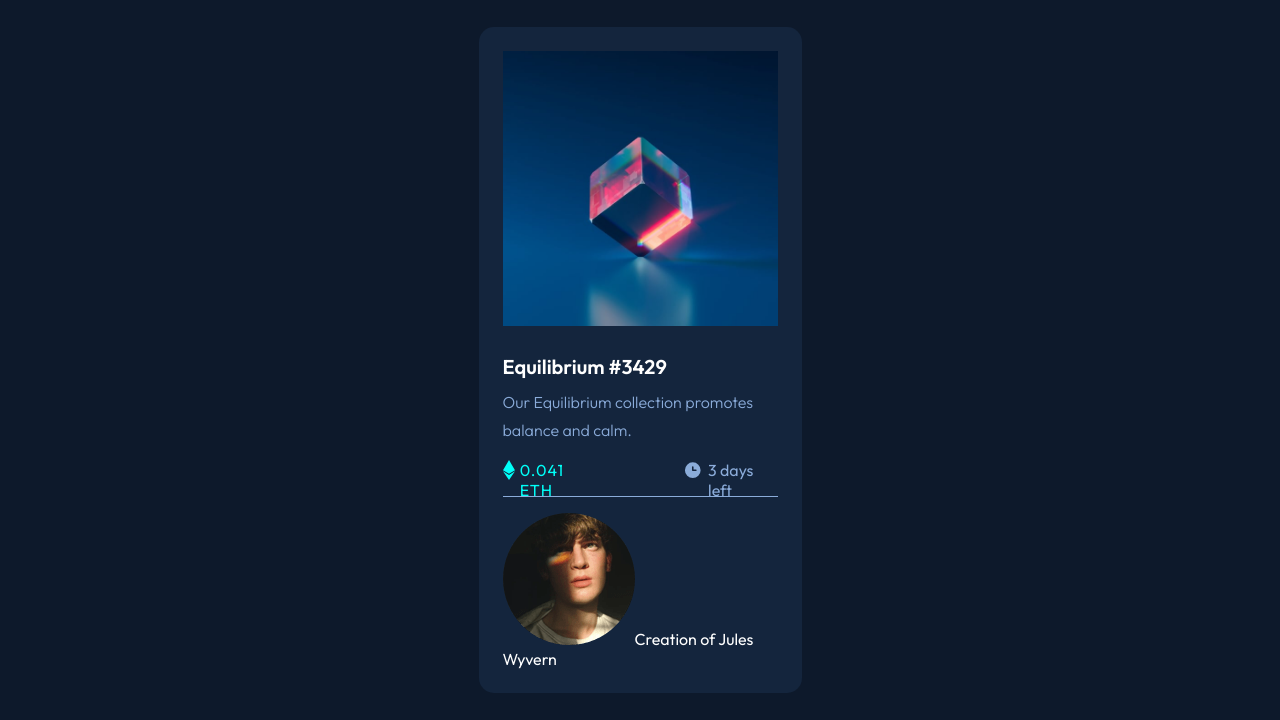
Repository: VAL1DOL-web/fm-NFT-preview-card-component
Page: index.html
The author's editor kept a copy of each file at every save. The page is drawn from the files as they stood at one save, then again after the next save.
The browser window is 1280 px wide. The pictures show the whole page.

Above is the page before, as saved 2024-01-07 15:48:01.

### index.html
<!DOCTYPE html>
<html lang="en">
<head>
  <meta charset="UTF-8">
  <meta name="viewport" content="width=device-width, initial-scale=1.0"> <!-- displays site properly based on user's device -->

  <link rel="icon" type="image/png" sizes="32x32" href="./images/favicon-32x32.png">
  <link rel="stylesheet" href="style.css">

  <title>NFT preview card component</title>

</head>
<body>
  <div class="card">
    <div class="image">
      <img src="images/image-equilibrium.jpg" alt="" class="mainImg" >
    </div>
    <h3>Equilibrium #3429</h3>
    <div class="description">
      Our Equilibrium collection promotes balance and calm.
    </div>
    <div class="price-days">
      <div class="price">
        <img src="images/icon-ethereum.svg" alt="">0.041 ETH
      </div>
      <div class="days"><img src="images/icon-clock.svg" alt="">3 days left</div>
    </div>
    <div class="creator">
      <img src="images/image-avatar.png" alt="">Creation of <span>Jules Wyvern</span>
    </div>
  </div>
</body>
</html>

### style.css
@import url('https://fonts.googleapis.com/css2?family=Outfit:wght@300;400;600&display=swap');

* {
    margin: 0;
    padding: 0;
  }
body {
    background: hsl(217, 54%, 11%);
    width: 100%;
    height: 100vh;
    color:white;
    display: flex;
    justify-content: center;
    align-items: center;
    font-family: 'Outfit', sans-serif;
  }
.card {
    background-color:hsl(216, 50%, 16%);
    border-radius:15px;
    width: 275px;
    padding: 1.5rem;
}
.image {
    position: relative;
}
.mainImg {
    width: 100%;
    height: 100%;
}
h3 {
    margin-top: 1.5rem;
    font-size:20px ;
    font-weight: 600;
}
.description {
    margin: 0.6rem 0 1rem 0;
    color:hsl(215, 51%, 70%);
    line-height: 28px;
    font-weight: 300;
}
.price-days {
    display: flex;
    justify-content: space-between;
    border-bottom: 1px solid hsl(215, 51%, 70%);
    padding-bottom:  1rem;
    margin-bottom: 1rem;
}
.price {
    display: flex;|
    align-items: center;
    color:hsl(178, 100%, 50%);
    font-style: 14px;
    letter-spacing: 1px;
}
.price img {
    margin-right: 5px;
}
.days {
    display: flex;|
    align-items: center;
    color:hsl(215, 51%, 70%);
    font-size: 16px;
}
.days img {
    margin-right: 5px;
}

After the next save:
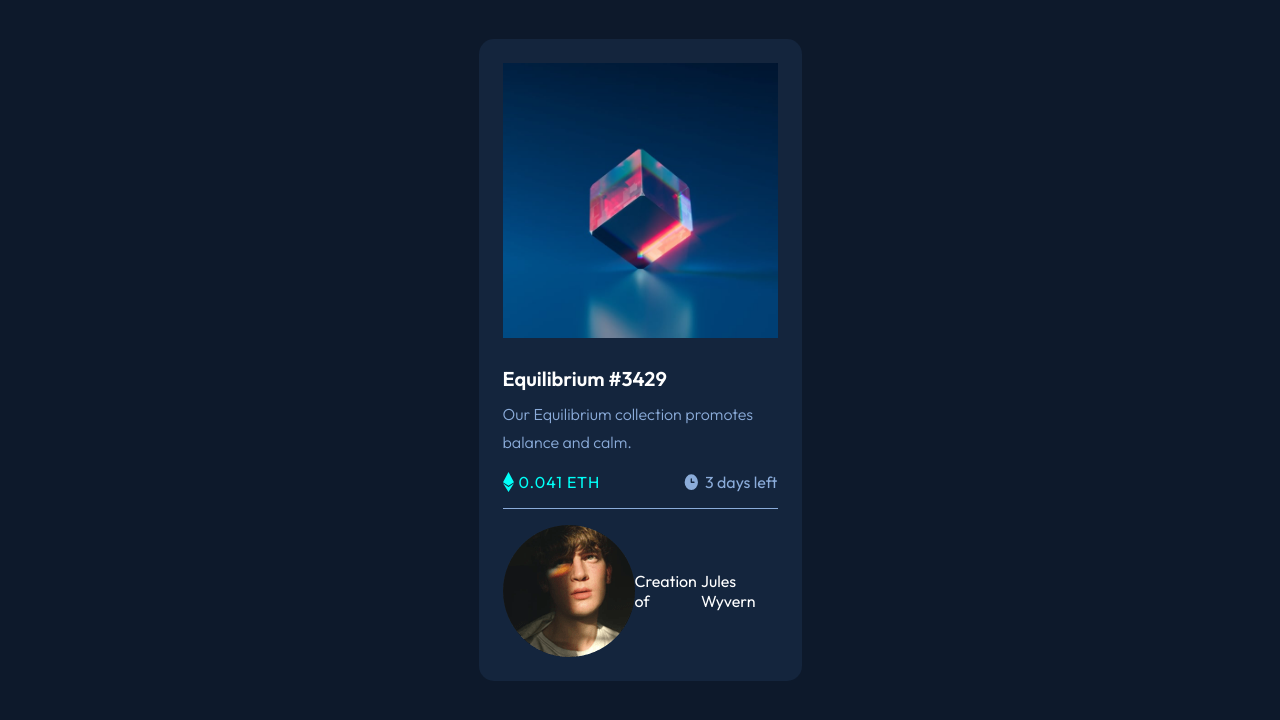
Saved 32 s later.
--- a/style.css
+++ b/style.css
@@ -64,3 +64,7 @@ h3 {
 .days img {
     margin-right: 5px;
 }
+.creator {
+    display: flex;
+    align-items: center;
+}
